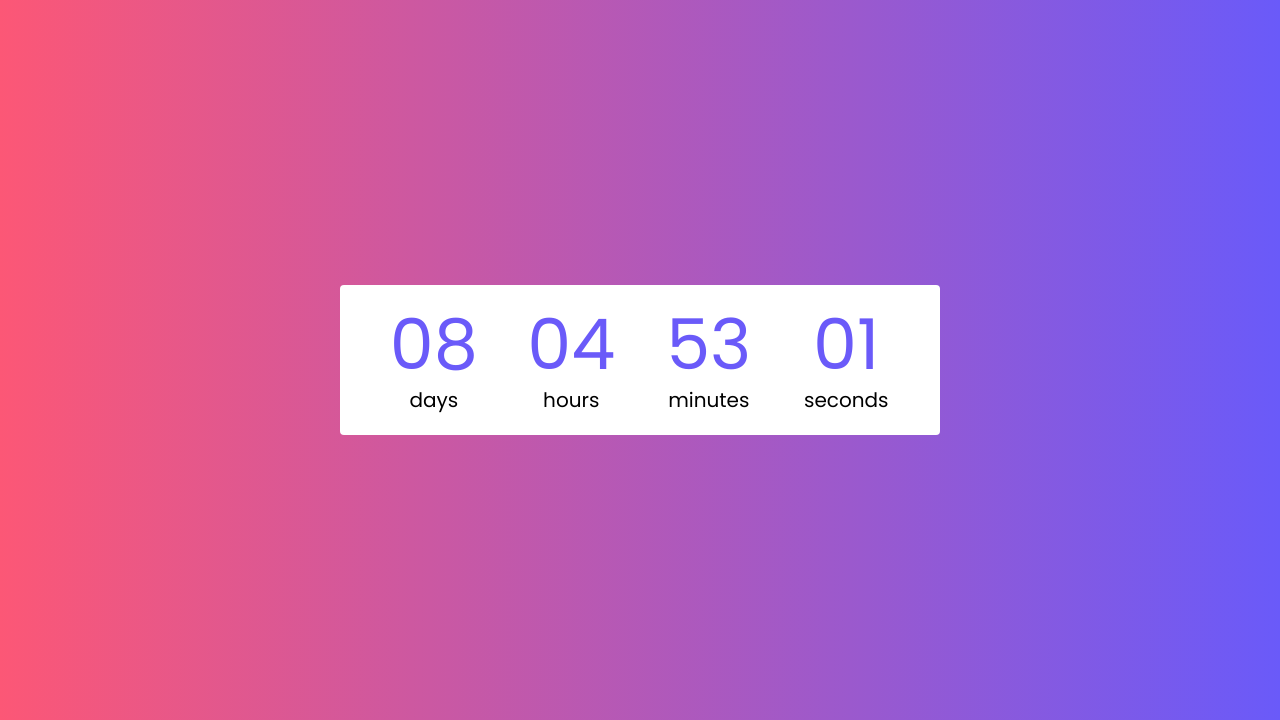
Repository: thuan711/All-about-JS
Page: countdown.html
These files come from the project's save history. The page is drawn as it stood at one moment and after the next save; the edit follows.
The browser window is 1280 px wide. The pictures show the whole page.

Above is the page before, as saved 2022-12-31 01:18:22.

### countdown.html
<!DOCTYPE html>
<html lang="en">
  <head>
    <meta charset="UTF-8" />
    <meta http-equiv="X-UA-Compatible" content="IE=edge" />
    <title>Countdown Timer</title>
    <link rel="preconnect" href="https://fonts.gstatic.com" />
    <link
      href="https://fonts.googleapis.com/css2?family=Poppins:wght@400;600&display=swap"
      rel="stylesheet"
    />
    <link
      rel="stylesheet"
      href="https://cdnjs.cloudflare.com/ajax/libs/font-awesome/4.7.0/css/font-awesome.min.css"
      integrity="sha512-SfTiTlX6kk+qitfevl/7LibUOeJWlt9rbyDn92a1DqWOw9vWG2MFoays0sgObmWazO5BQPiFucnnEAjpAB+/Sw=="
      crossorigin="anonymous"
    />
    <style>
        html {
            box-sizing: border-box;
            font-size: 62.5%;
          }
          * {
            margin: 0;
            padding: 0;
          }
          *,
          *:before,
          *:after {
            box-sizing: border-box;
          }
          input,
          textarea,
          select,
          button {
            outline: none;
          }
          input {
            line-height: normal;
          }
          label,
          button {
            cursor: pointer;
          }
          a {
            text-decoration: none;
          }
          img {
            display: block;
            max-width: 100%;
          }
          body {
            font-family: "Poppins", sans-serif;
            font-size: 16px;
            line-height: 1;
            background-image: linear-gradient(to right, #fc5776, #6a5af9);
            display: flex;
            justify-content: center;
            align-items: center;
            height: 100vh;
          }
          .countdown {
            display: flex;
            background-color: white;
            width: 100%;
            max-width: 600px;
            border-radius: 4px;
            padding: 25px;
          }
          .countdown li {
            text-align: center;
            width: 25%;
            display: flex;
            flex-direction: column;
            justify-content: center;
            padding: 0 20px;
          }
          .number,
          .text {
            line-height: 1;
          }
          .number {
            font-size: 70px;
            margin-bottom: 10px;
            color: #6a5af9;
          }
          .text {
            font-size: 20px;
            font-weight: 300;
          }
    </style>
  </head>
  <body>
    <ul class="countdown">
      <li>
        <span class="number days">0</span>
        <span class="text">days</span>
      </li>
      <li>
        <span class="number hours">0</span>
        <span class="text">hours</span>
      </li>
      <li>
        <span class="number minutes">0</span>
        <span class="text">minutes</span>
      </li>
      <li>
        <span class="number seconds">0</span>
        <span class="text">seconds</span>
      </li>
    </ul>
    <script src="event/countdown.js"></script>
  </body>
</html>

### event/countdown.js
window.addEventListener("load", function () {
    const daysText = document.querySelector(".days");
    const hoursText = document.querySelector(".hours");
    const minutesText = document.querySelector(".minutes");
    const secondsText = document.querySelector(".seconds");
    function countdown(date) {
      const endDate = new Date(date).getTime();
      let currentDate = new Date().getTime();
      if (isNaN(endDate) || endDate - currentDate <= 0) return;
      setInterval(calculate, 1000);
      function calculate() {
        let days, hours, minutes, seconds;
        const now = new Date();
        const startDate = now.getTime();
        let timeRemaining = parseInt((endDate - startDate) / 1000);
        if (timeRemaining > 0) {
          days = parseInt(timeRemaining / 86400);
          timeRemaining = timeRemaining % 86400;
          hours = parseInt(timeRemaining / 3600);
          timeRemaining = timeRemaining % 3600;
          minutes = parseInt(timeRemaining / 60);
          timeRemaining = timeRemaining % 60;
          seconds = parseInt(timeRemaining);
          daysText.textContent = `0${days}`.slice(-2);
          hoursText.textContent = `0${hours}`.slice(-2);
          minutesText.textContent = `0${minutes}`.slice(-2);
          secondsText.textContent = `0${seconds}`.slice(-2);
        } else {
          return;
        }
      }
    }
    countdown("Mon Jan 2 2023 22:44:42 GMT+0700 (Indochina Time)");
  });

After the next save:
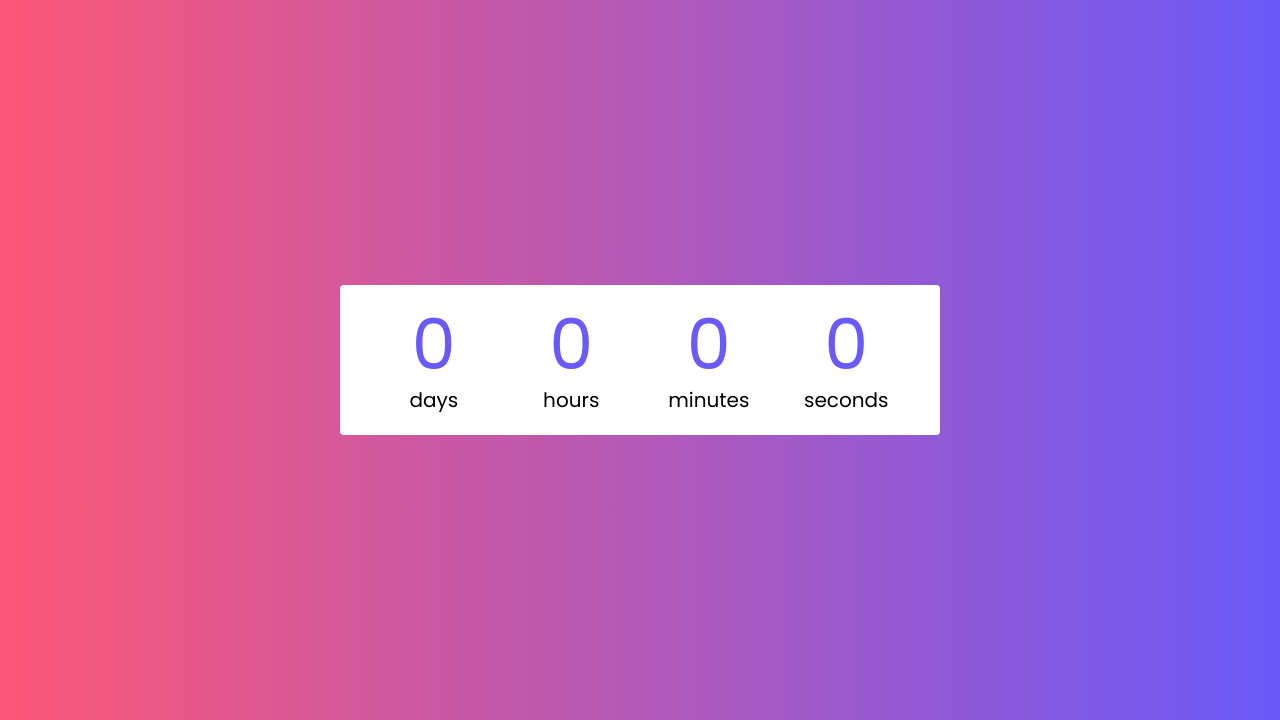
Console error: TypeError: Assignment to constant variable.
Saved 44 s later.
--- a/event/countdown.js
+++ b/event/countdown.js
@@ -1,34 +1,25 @@
-window.addEventListener("load", function () {
-    const daysText = document.querySelector(".days");
+window.addEventListener("load", function(){
+    const dayText = document.querySelector(".days");
     const hoursText = document.querySelector(".hours");
-    const minutesText = document.querySelector(".minutes");
+    const munitesText = document.querySelector(".munites");
     const secondsText = document.querySelector(".seconds");
-    function countdown(date) {
-      const endDate = new Date(date).getTime();
-      let currentDate = new Date().getTime();
-      if (isNaN(endDate) || endDate - currentDate <= 0) return;
-      setInterval(calculate, 1000);
-      function calculate() {
+    function countdown(date){
+        const now = new Date();
         let days, hours, minutes, seconds;
-        const now = new Date();
         const startDate = now.getTime();
-        let timeRemaining = parseInt((endDate - startDate) / 1000);
-        if (timeRemaining > 0) {
-          days = parseInt(timeRemaining / 86400);
-          timeRemaining = timeRemaining % 86400;
-          hours = parseInt(timeRemaining / 3600);
-          timeRemaining = timeRemaining % 3600;
-          minutes = parseInt(timeRemaining / 60);
-          timeRemaining = timeRemaining % 60;
-          seconds = parseInt(timeRemaining);
-          daysText.textContent = `0${days}`.slice(-2);
-          hoursText.textContent = `0${hours}`.slice(-2);
-          minutesText.textContent = `0${minutes}`.slice(-2);
-          secondsText.textContent = `0${seconds}`.slice(-2);
-        } else {
-          return;
-        }
-      }
+        const endDate = new Date(date).getTime();
+        const timeRemaining = parseInt((endDate - startDate) / 1000);
+        days = parseInt(timeRemaining / 86400);
+        timeRemaining = timeRemaining % 86400;
+        hours = parseInt(timeRemaining / 3600);
+        timeRemaining = timeRemaining % 3600;
+        minutes = parseInt(timeRemaining / 60);
+        timeRemaining = timeRemaining % 60;
+        seconds = parseInt(timeRemaining);
+        dayText.textContent = days;
+        hoursText.textContent = hours;
+        munitesText.textContent = minutes;
+        secondsText.textContent = seconds;
     }
-    countdown("Mon Jan 2 2023 22:44:42 GMT+0700 (Indochina Time)");
-  });
+    countdown("Mon Jan 02 2023 20:20:20 GMT+0700 (Indochina Time");
+});
